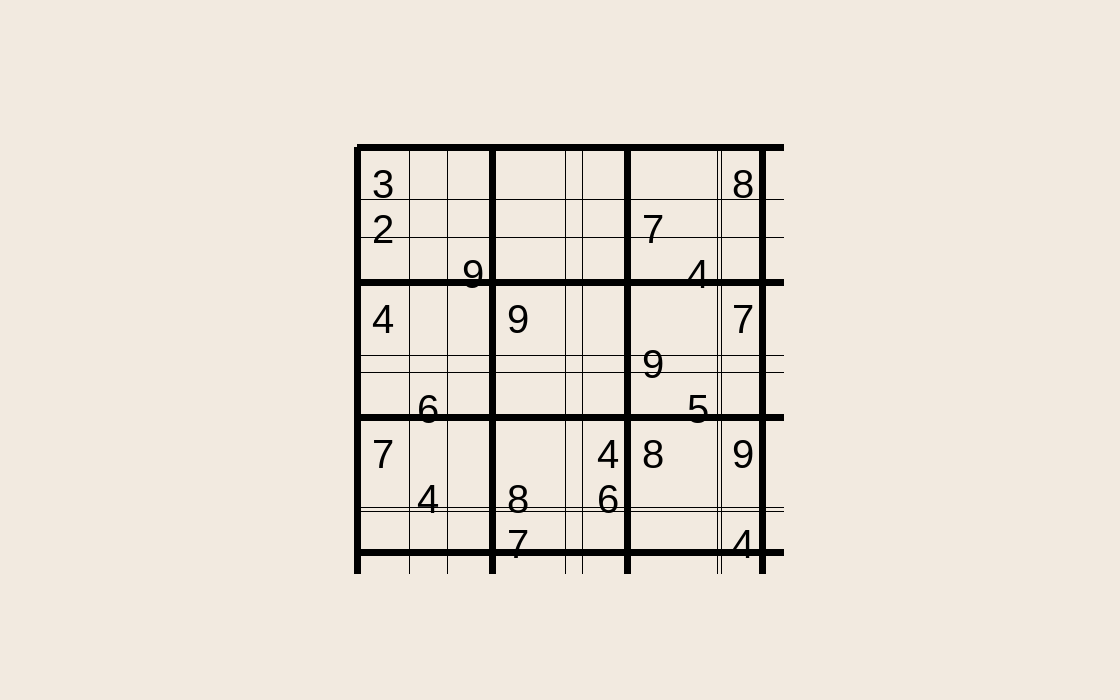
Repository: JensVL96/Puzzle-solver-for-fun
Script's output: python sudoku.py
An editor plug-in stored every save of this project. The script's output is shown before and after the next save, followed by the edit.
The window is shown after at most 60 frames with no key pressed. A system font it names is replaced by a similar one. Random numbers start from a fixed seed.

Above is the script's output before, as saved 2020-11-07 20:39:52.

### sudoku.py
# -*- coding: utf-8 -*-
from __future__ import print_function
from config import *
from create_board import *
from solve_bloard import *
from display_board import *

from string import *
from math import floor
import pygame as pg
import numpy as np

# For error highlighting
def set_highlight(row, col, blk, lock):
    global input_lock
    input_lock = lock
    global row_index
    row_index = row
    global col_index
    col_index = blk
    global blk_index
    blk_index = col

def get_cord(pos):
    global box_index_x
    box_index_x = int((pos[0] - TOP_LX)//BLOCK_SIZE)
    global box_index_y
    box_index_y = int((pos[1] - TOP_LY)//BLOCK_SIZE)


def valid(grid, x, y, val):
    input_lock = 0
    row = col = blk = (0, 0)

    for index in range(9):
        # Check if value in column
        if grid[x][index] == val:
            col = (x, index)
            input_lock = 1

        # Check if value in row
        if grid[index][y] == val:
            row = (index, y)
            input_lock = 1

    # Finds the block
    index_x = x // 3 # integer division
    index_y = y // 3

    # Check if value in block
    for i in range(index_x * 3, index_x * 3 + 3):
        for j in range (index_y * 3, index_y * 3 + 3):
            if grid[i][j] == val:
                blk = (i, j)
                input_lock = 1

    if input_lock == 1:
        set_highlight(row, col, blk, input_lock)
        return False

    return True

def valid_cdt(cdt_list, val):
    if type(cdt_list) == int:   # ignore
        return True

    if len(cdt_list) > 9:
        return False
    else:
        for iter in cdt_list:
            if iter == val:
                return False

    return True

class Main():
    def __init__(self):
        self.board = []
        self.run()

    def run(self):
        pg.init()
        self.screen = pg.display.set_mode(SCREEN_RES)
        pg.display.set_caption('Sudoku solver')

        display = Display_board(self.screen)

        val = 0
        blink = False
        alpha = 1
        a_change = True
        blink_color = GREEN
        candidates = []

        get_cord(INITIAL_CORDS)
        set_highlight(INITIAL_CORDS, INITIAL_CORDS, INITIAL_CORDS, INITIAL_LOCK)

        board = create_board().board

        while 1:
            for event in pg.event.get():
                if event.type == pg.QUIT or (event.type == pg.KEYDOWN and event.key == pg.K_ESCAPE):
                    exit()
                if event.type == pg.MOUSEBUTTONDOWN and input_lock != 1:
                    pos = pg.mouse.get_pos()
                    get_cord(pos)

                    # Checks if selection is on the board
                    if pos[0] < TOP_LX or pos[1] < TOP_LY or pos[0] > int(BOT_RX) or pos[1] > int(BOT_RY):
                        blink = False
                    else:
                        blink = True
                if event.type == pg.KEYDOWN and input_lock != 1:
                    if event.key == pg.K_1:
                        val = 1
                    if event.key == pg.K_2:
                        val = 2
                    if event.key == pg.K_3:
                        val = 3
                    if event.key == pg.K_4:
                        val = 4
                    if event.key == pg.K_5:
                        val = 5
                    if event.key == pg.K_6:
                        val = 6
                    if event.key == pg.K_7:
                        val = 7
                    if event.key == pg.K_8:
                        val = 8
                    if event.key == pg.K_9:
                        val = 9
                    if event.key == pg.K_BACKSPACE:
                        board[int(box_index_x)][int(box_index_y)] = 0
                elif event.type == pg.KEYDOWN and input_lock == 1:
                    if event.key == pg.K_BACKSPACE:
                        val = 0
                        set_highlight(INITIAL_CORDS, INITIAL_CORDS, INITIAL_CORDS, INITIAL_LOCK)
                        blink_color = GREEN
                        board[int(box_index_x)][int(box_index_y)] = 0

            if val != 0:
                # display.draw_val(val, box_index_x, box_index_y)
                candidates = []
                print("value: ", val,"occupying position: ", board[box_index_x][box_index_y])

                if valid(board, box_index_x, box_index_y, val):
                    if type(board[box_index_x][box_index_y]) == 0:  # No candidates
                        board[box_index_x][box_index_y] = val
                    elif type(board[box_index_x][box_index_y]) == int: # Switching from number to list
                        candidates.append(val)
                        board[box_index_x][box_index_y] = candidates
                    elif valid_cdt(board[box_index_x][box_index_y], val): # Adding candidate to list
                        candidates = board[box_index_x][box_index_y]
                        candidates.append(val)
                        board[box_index_x][box_index_y] = candidates


            # Draws the screen
            pg.draw.rect(self.screen, BLACK, (0, 0, self.screen.get_width(), self.screen.get_height()))
            self.screen.fill(BEIGE)

            # find the cell selected
            cell = display.find_cell(box_index_x, box_index_y)

            # Draws the board
            display.draw(board, cell)

            # Check if cell is selected
            if blink:
                blink = display.blink(alpha, a_change)
                alpha = blink[0]
                a_change = blink[1]
                myRect = pg.Rect(cell)

                rectSurf = pg.Surface(myRect.size, pg.SRCALPHA)
                rectSurf.fill(blink_color)
                rectSurf.set_alpha(alpha)
                self.screen.blit(rectSurf, (myRect.x, myRect.y))

            # Check if incorrect input
            if input_lock == 1 and val != 0:
                display.update(board, row_index, col_index, blk_index)
                blink_color = RED

            val = 0

            # display.draw_box()

            pg.display.update()


        self.solution = solve_board(board)

        self.solution.assign_flags(board)

if __name__ == '__main__':
    Main()

### config.py


#   Screen info
SCREEN_HEIGHT = 700
SCREEN_WIDTH = int(SCREEN_HEIGHT * 1.6)
SCREEN_RES = (SCREEN_WIDTH, SCREEN_HEIGHT)

#   Colours
BLACK = (0,0,0)
GREY = (50,50,50)
GREEN = (0,255,0)
RED = (255, 0, 0)
WHITE = (255,255,255)
BEIGE = (242,234,224)

# Box info
BORDER_SIZE = 405
BLOCK_SIZE = BORDER_SIZE / 9
CELL_SIZE = BLOCK_SIZE / 9
# Corner coordinates
TOP_LX = (SCREEN_WIDTH / 2) - (BORDER_SIZE / 2)
TOP_LY = (SCREEN_HEIGHT / 2) - (BORDER_SIZE / 2)
TOP_RX = (SCREEN_WIDTH / 2) + (BORDER_SIZE / 2)
TOP_RY = (SCREEN_HEIGHT / 2) - (BORDER_SIZE / 2)
BOT_LX = (SCREEN_WIDTH / 2) - (BORDER_SIZE / 2)
BOT_LY = (SCREEN_HEIGHT / 2) + (BORDER_SIZE / 2)
BOT_RX = (SCREEN_WIDTH / 2) + (BORDER_SIZE / 2)
BOT_RY = (SCREEN_HEIGHT / 2) + (BORDER_SIZE / 2)

# Numbers
CANDIDATE_SIZE = 20
NUMBER_SIZE = 40
BOLD = 50

# Blinking
BLINK_SPEED = 0.3
BLINK_COLOR = GREEN
ERROR_COLOR = RED

INITIAL_CORDS = (-1, -1)
INITIAL_LOCK = 0

### create_board.py
from random import sample

class create_board():
    def __init__(self):
        self.base  = 3  # Will generate any size of random sudoku board in O(n^2) time
        self.side  = self.base * self.base
        self.nums  = sample(range(1, self.side + 1), self.side) # random numbers
        self.board = [[self.nums[(self.base * (r%self.base) + r//self.base + c)%self.side] for c in range(self.side) ] for r in range(self.side)]
        rows  = [ r for g in sample(range(self.base),self.base) for r in sample(range(g * self.base,(g + 1) * self.base), self.base) ]
        cols  = [ c for g in sample(range(self.base),self.base) for c in sample(range(g * self.base,(g + 1) * self.base), self.base) ]
        self.board = [[self.board[r][c] for c in cols] for r in rows]

        # print("\nInput:")
        # for line in self.board: print(line)

        squares = self.side * self.side
        empties = squares * 3//4
        for p in sample(range(squares),empties):
            self.board[p//self.side][p%self.side] = 0

        self.lines()

    def expandLine(self, line):
        return line[0]+line[5:9].join([line[1:5]*(self.base-1)]*self.base)+line[9:13]

    def lines(self):
        self.line0  = self.expandLine("╔═══╤═══╦═══╗")
        self.line1  = self.expandLine("║ . │ . ║ . ║")
        self.line2  = self.expandLine("╟───┼───╫───╢")
        self.line3  = self.expandLine("╠═══╪═══╬═══╣")
        self.line4  = self.expandLine("╚═══╧═══╩═══╝")

        self.draw()

    def draw(self):
        symbol = " 1234567890ABCDEFGHIJKLMNOPQRSTUVWXYZ"
        self.nums   = [ [""]+[symbol[n] for n in row] for row in self.board ]
        print(self.line0)
        for r in range(1,self.side+1):
            print( "".join(n+s for n,s in zip(self.nums[r-1],self.line1.split("."))) )
            print([self.line2,self.line3,self.line4][(r%self.side==0)+(r%self.base==0)])

### solve_bloard.py
class solve_board():
    def __init__(self, board):
        self.row = []
        self.col = []
        self.cell = []
        self.row_list = []
        self.col_list = []
        self.cell_list = []

        for space in range(9):
            self.col.append([])
            self.cell.append([])

        row_idx = 0
        for line in board:

            self.row.append(line)

            cell_idx = 0
            if row_idx >= 3:
                cell_idx = 3
            if row_idx >= 6:
                cell_idx = 6


            for col_idx in range(9):

                self.col[col_idx].insert(row_idx, line[col_idx])

                if col_idx % 3 == 0:
                    for triple in range(0, 3):
                        self.cell[cell_idx].insert(len(self.cell[row_idx]) + triple, line[col_idx + triple])
                    cell_idx += 1

            self.row_list.append(self.row)
            self.col_list.append(self.col)
            self.cell_list.append(self.cell)
            row_idx += 1

        print("\nrow:")
        for row in self.row_list[0]:
            print(row)
        # print("\ncolumn:")
        # for col in self.col_list[0]:
        #     print(col)
        # print("\ncell:")
        # for cell in self.cell_list[0]:
        #     print(cell)

    def assign_flags(self, board):
        self.flags = []
        row_idx = 0
        cell_idx = 0

        print("\n")
        for line in board:
            cell_idx = 0
            if row_idx >= 3:
                cell_idx = 3
            if row_idx >= 6:
                cell_idx = 6

            for index in range(9):
                # print("position: ", index, "value: ", line[index])

                # print("row", row_idx, "col", index, "cell", cell_idx)
                if (index % 3 == 0 and index != 0):
                    cell_idx += 1

                if line[index] == 0:
                    flag_idx = 0
                    temp_flag = []
                    for value in range(1, 10):
                        # print(value)
                        if self.row_flag(value, row_idx):
                            # print("found in row")
                            pass
                        elif self.col_flag(value, index):
                            # print("found in column")
                            pass
                        elif self.cell_flag(value, cell_idx):
                            # print("found in cell")
                            pass
                        else:
                            temp_flag.append(value)
                            flag_idx += 1
                    print(temp_flag)
                    self.flags.append(temp_flag)
            row_idx += 1

    def check_row(self):
        pass

    def column(self, x):
        pass

    def cell(self, row, col):
        pass

    def row_flag(self, index, row_idx):
        for row in self.row_list[0][row_idx]:
            # print("comparing in row ", row, "with ", index, "row_idx ", row_idx)
            if row == index:
                return 1
        return 0

    def col_flag(self, index, col_idx):
        for col in self.col_list[0][col_idx]:
            # print("comparing in column ", col, "with ", index, "col_idx ", col_idx)
            if col == index:
                return 1
        return 0

    def cell_flag(self, index, cell_idx):
        for cell in self.cell_list[0][cell_idx]:
            # print("comparing in cell ", cell, "with ", index, "cell_idx ", cell_idx)
            if cell == index:
                return 1
        return 0

### display_board.py
from config import *
import pygame as pg

class Display_board():
    def __init__(self, screen):
        self.screen = screen
        self.font_num = pg.font.SysFont("comicsans", NUMBER_SIZE)
        self.font_cdt = pg.font.SysFont("comicsans", CANDIDATE_SIZE)

    def draw_val(self, val, x, y):
        text1 = self.font_num.render(str(val), 1, BLACK)
        self.screen.blit(text1, (x * BLOCK_SIZE + 15, y * BLOCK_SIZE + 15))

    def draw_cdt(self, val, x, y):
        text1 = self.font_cdt.render(str(val), 1, BLACK)
        self.screen.blit(text1, (x * BLOCK_SIZE + 1, y * BLOCK_SIZE + 1))

    def on_mouse_press(self, x, y, symbol, modifier):
        pass

    def draw(self, grid, cell):
        for i in range (9):
            for j in range (9):
                if grid[i][j] != 0:
                    if type(grid[i][j]) != int:
                        self.draw_candidates(grid, cell)
                    else:
                        text1 = self.font_num.render(str(grid[i][j]), 1, BLACK)
                        self.screen.blit(text1, (TOP_LX + i * BLOCK_SIZE + 15, TOP_LY + j * BLOCK_SIZE + 14))

        size = BLOCK_SIZE
        for i in range(10):
            if i %3 == 0:
                print("thick")
                thick = 7
            else:
                print("thin")
                thick = 1

            #       thick           Thick     thin    thin  thick   thin    thin  thick   thin    thin  thick
            # TOP_LX -> TOP_RX & ( TOP_LY -> BS + 7 -> BS -> BS -> BS + 7 -> BS -> BS -> BS + 7 -> BS -> BS)
            print("line: ", i, size, "block size: ", BLOCK_SIZE)
            print("Start: ", TOP_LX, TOP_LY + i * size, "end: ", TOP_RX, TOP_RY + i * size)
            print("Start: ", TOP_LX + i * size, TOP_LY, "end: ", BOT_LX + i * size, BOT_LY)
            pg.draw.line(self.screen, BLACK, (TOP_LX,
                                            TOP_LY + i * size),
                                            (TOP_RX + 21,
                                            TOP_RY + i * size), thick)
            pg.draw.line(self.screen, BLACK, (TOP_LX + i * size,
                                            TOP_LY),
                                            (BOT_LX + i * size,
                                            BOT_LY + 21), thick)

            if i %3 == 0:
                size +=7
            else:
                size = BLOCK_SIZE

            # For candidate placement
            # if i % 3 == 0:
            #     print(BLOCK_SIZE)
            #     pg.draw.line(self.screen, BLACK, (cell[0],
            #                                     cell[1] + i * (cell[2] / 9)),
            #                                     ((cell[0] + cell[2]),
            #                                     cell[1] + i * (cell[2] / 9)), 1)
            #     pg.draw.line(self.screen, BLACK, (cell[0] + i * (cell[3] / 9),
            #                                     cell[1]),
            #                                     (cell[0] + i * (cell[3] / 9),
            #                                     cell[1] + cell[3]), 1)

    def draw_candidates(self, grid, cell):
        new_line = 1
        iteration = 1
        indent = 15
        for number in grid[i][j]:
            if iteration % 3 == 1:    # Checking if first in line: 1, 4, 7
                text1 = self.font_cdt.render(str(number), 1, BLACK)
                self.screen.blit(text1, (cell[0] + 3, cell[1] + ((new_line - 1) * indent) + 2))
            else:
                text1 = self.font_cdt.render(str(number), 1, BLACK)
                self.screen.blit(text1, (cell[0] + ((iteration - 1) * indent) + 3, cell[1] + ((new_line - 1) * indent) + 2))
            if iteration % 3 == 0:      # checking if last in line: 3, 6
                new_line += 1
                iteration = 0

            iteration += 1


    def update(self, grid, row, col, blk):
        font_val = pg.font.SysFont("comicsans", BOLD)

        if row != (-1, -1):
            # Remove old number
            text1 = self.font_num.render(str(grid[row[0]][row[1]]), 1, WHITE)
            self.screen.blit(text1, (TOP_LX + row[0] * BLOCK_SIZE + 15, TOP_LY + row[1] * BLOCK_SIZE + 15))

            # Rewrite in bigger font
            text1 = font_val.render(str(grid[row[0]][row[1]]), 1, BLACK)
            self.screen.blit(text1, (TOP_LX + row[0] * BLOCK_SIZE + 14, TOP_LY + row[1] * BLOCK_SIZE + 10))

        if col != (-1, -1):
            # Remove old number
            text1 = self.font_num.render(str(grid[col[0]][col[1]]), 1, WHITE)
            self.screen.blit(text1, (TOP_LX + col[0] * BLOCK_SIZE + 15, TOP_LY + col[1] * BLOCK_SIZE + 15))

            # Rewrite in bigger font
            text1 = font_val.render(str(grid[col[0]][col[1]]), 1, BLACK)
            self.screen.blit(text1, (TOP_LX + col[0] * BLOCK_SIZE + 14, TOP_LY + col[1] * BLOCK_SIZE + 10))

        if blk != (-1, -1):
            # Remove old number
            text1 = self.font_num.render(str(grid[blk[0]][blk[1]]), 1, WHITE)
            self.screen.blit(text1, (TOP_LX + blk[0] * BLOCK_SIZE + 15, TOP_LY + blk[1] * BLOCK_SIZE + 15))

            # Rewrite in bigger font
            text1 = font_val.render(str(grid[blk[0]][blk[1]]), 1, BLACK)
            self.screen.blit(text1, (TOP_LX + blk[0] * BLOCK_SIZE + 14, TOP_LY + blk[1] * BLOCK_SIZE + 10))

    def find_cell(self, x, y):
        # Only applies glow when a cell is selected
        if x == -1 and y == -1:
            return

        width = BLOCK_SIZE
        height = BLOCK_SIZE

        # Adjustment in size if bordering a thick line
        if x % 3 == 0:  # If thick line on the left
            start_pos_x = TOP_LX + x * BLOCK_SIZE + 4
            width = BLOCK_SIZE - 4
        else:
            start_pos_x = TOP_LX + x * BLOCK_SIZE + 1

        if (x + 1) % 3 == 0:    # If thick line on the right
            width = BLOCK_SIZE - 3.5

        if y % 3 == 0:  # If thick line on the top
            start_pos_y = TOP_LY + y * BLOCK_SIZE + 4
            height = BLOCK_SIZE - 4
        else:
            start_pos_y = TOP_LY + y * BLOCK_SIZE + 1

        if (y + 1) % 3 == 0:    # If thick line on the bottom
            height = BLOCK_SIZE - 3.5

        return (start_pos_x, start_pos_y, width, height)

    def blink(self, alpha, a_change):
        if a_change:
            alpha += BLINK_SPEED
            if alpha >= 175:
                a_change = False
        elif a_change == False:
            alpha += -BLINK_SPEED
            if alpha <= 30:
                a_change = True

        return (alpha, a_change)

After the next save:
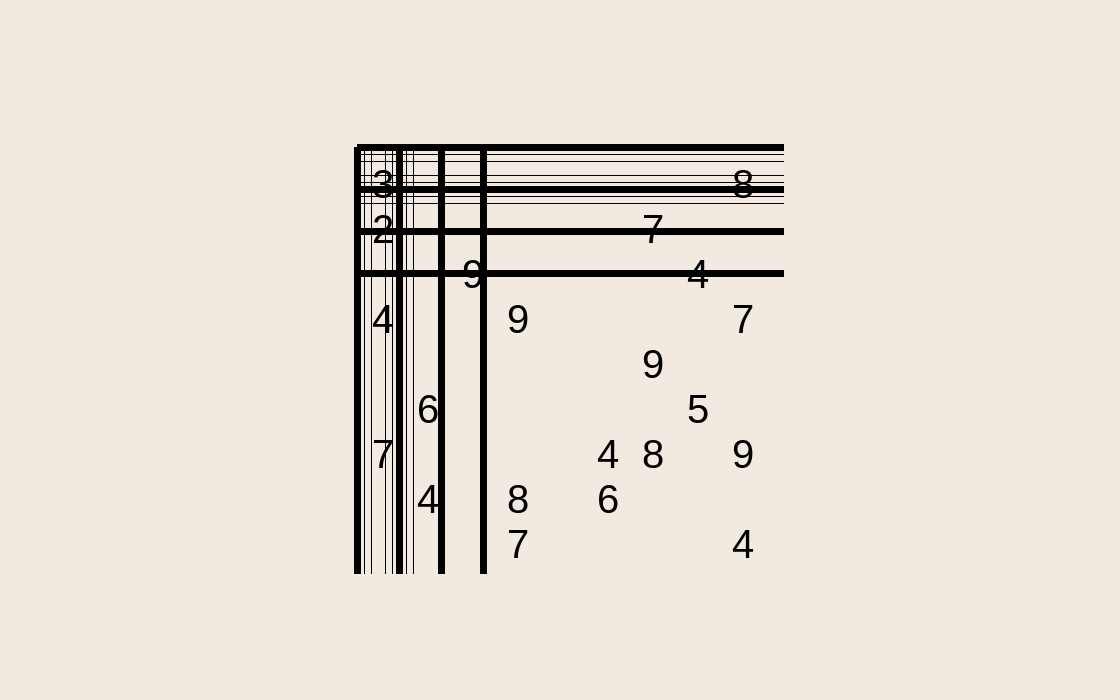
Saved 62 s later.
--- a/display_board.py
+++ b/display_board.py
@@ -37,6 +37,9 @@ class Display_board():
                 print("thin")
                 thick = 1
 
+            if i % 3 == 0:
+                size +=7
+
             #       thick           Thick     thin    thin  thick   thin    thin  thick   thin    thin  thick
             # TOP_LX -> TOP_RX & ( TOP_LY -> BS + 7 -> BS -> BS -> BS + 7 -> BS -> BS -> BS + 7 -> BS -> BS)
             print("line: ", i, size, "block size: ", BLOCK_SIZE)
@@ -52,9 +55,7 @@ class Display_board():
                                             BOT_LY + 21), thick)
 
             if i %3 == 0:
-                size +=7
-            else:
-                size = BLOCK_SIZE
+                size = 7
 
             # For candidate placement
             # if i % 3 == 0:
